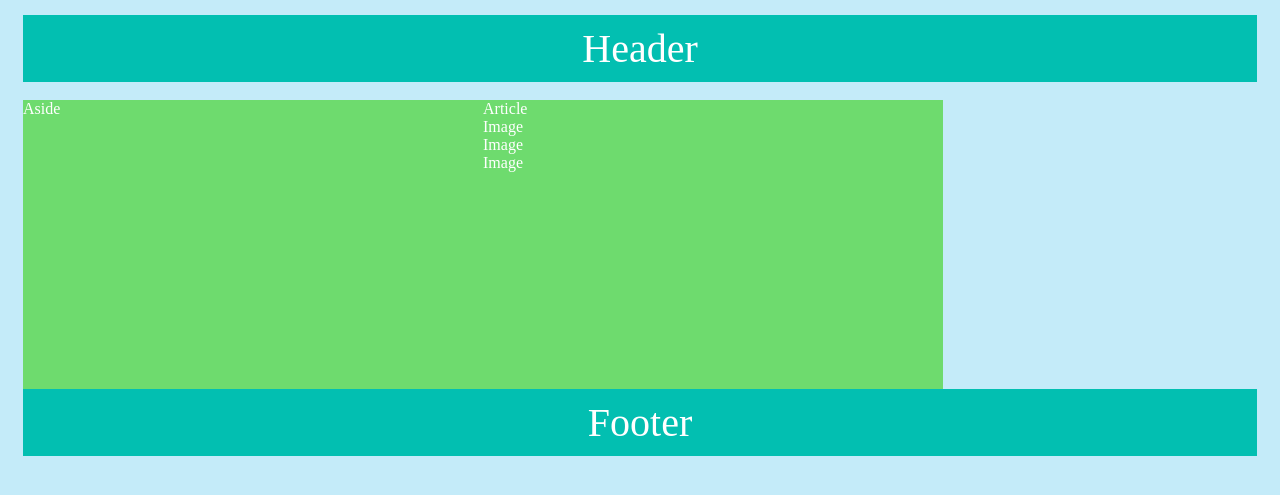
Repository: huyennvo/CSS
Page: flex-css-example/index.html
The author's editor kept a copy of each file at every save. The page is drawn from the files as they stood at one save, then again after the next save.
The browser window is 1280 px wide. The pictures show the whole page.

Above is the page before, as saved 2022-07-18 10:48:47.

### flex-css-example/index.html
<!DOCTYPE html>
<html lang="en">
<head>
    <meta charset="UTF-8">
    <meta http-equiv="X-UA-Compatible" content="IE=edge">
    <meta name="viewport" content="width=device-width, initial-scale=1.0">
    <title>Flexbox example</title>
    <link rel="stylesheet" href="./index.css">
</head>
<body>
    <div class="container">
        <div class="header">
            Header
        </div>
        <br>
        <div class="body">
            <div class="body-left">Aside</div>
            <div class="body-right">
                Article
                <div class="item1">Image</div>
                <div class="item2">Image</div>
                <div class="item3">Image</div>
            </div>
        </div>
        <div class="footer">
            <footer>Footer</footer>
        </div>
    </div>
</body>
</html>

### flex-css-example/index.css
html {
    background-color: #C4EBF9;
}
 .container {
    align-content: center;
    margin: 15px;
    color: white;
}
.header {
    background-color: #02BFB1;
    text-align: center;
    font-size: 40px;
    padding: 10px;
}

.footer {
    background-color: #02BFB1;
    text-align: center;
    color: white;
    font-size: 40px;
    padding: 10px;
}

.body {
    display: flex;
    flex-direction: row;
}

.body-left {
    background-color: #6EDB6E;
    width: 460px;
    height: 289px;
}

.body-right {
    background-color: #6EDB6E;
    width: 460px;
    height: 289px;
}

After the next save:
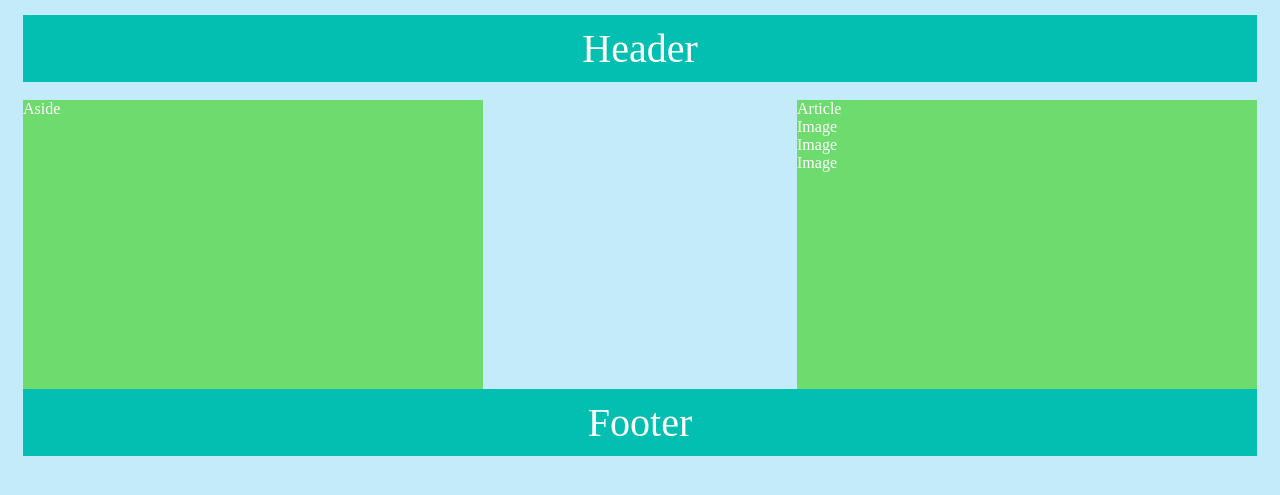
Saved 5 min 15 s later.
--- a/flex-css-example/index.css
+++ b/flex-css-example/index.css
@@ -24,6 +24,8 @@ html {
 .body {
     display: flex;
     flex-direction: row;
+    flex-wrap: wrap;
+    justify-content: space-between
 }
 
 .body-left {
@@ -37,3 +39,7 @@ html {
     width: 460px;
     height: 289px;
 }
+
+.item {
+
+}
